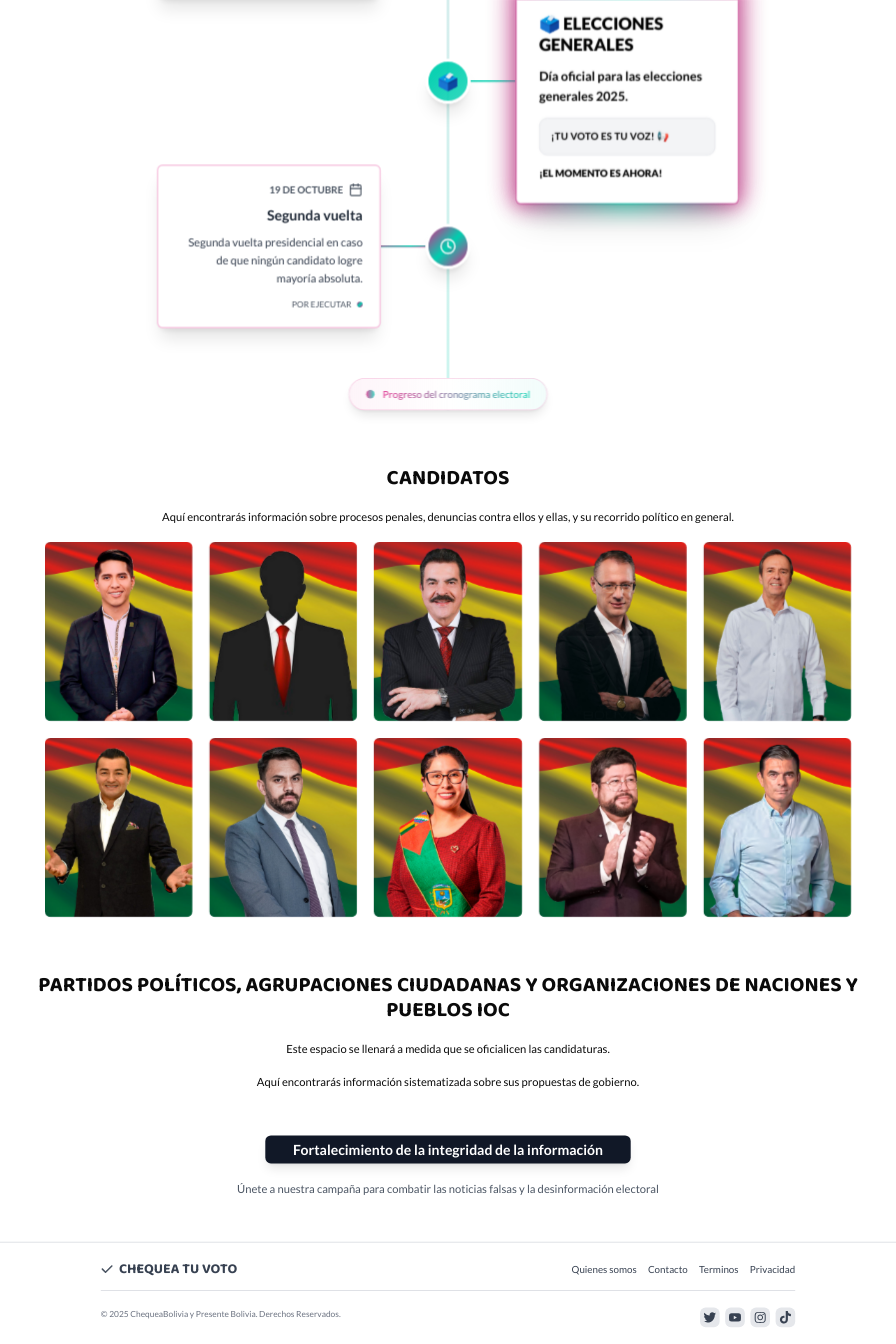
Repository: Roberto8695/chequeatuvoto-v2
Page: /
An editor plug-in stored every save of this project. The page is shown before and after the next save, followed by the edit.
The browser window is 1280 px wide. The pictures show the part of the page from y = 4410 to 6330 px (the page is 6330 px tall before and 6082 px after), at 70% of full size.
The project was rebuilt for these pictures with package versions that can differ from the ones it lists, and the page was loaded fresh each time. Some packages were replaced by stand-ins written for this rebuild. The framework's server and built-in components were replaced by stand-ins that run in the browser. Also part of the build but not shown: next.config.ts.

Above is the page before, as saved 2025-07-02 14:56:08.

### src/app/layout.tsx
import type { Metadata } from "next";
import { Lato, Baloo_2 } from "next/font/google";
import "./globals.css";
import { Footer } from "./components/footer"; // Ensure correct import path
import { Navbar } from "./components/navbar"; // Ensure correct import path
import Script from "next/script";

const lato = Lato({
  variable: "--font-primary",
  subsets: ["latin"],
  weight: ["300", "400", "700", "900"],
});

const baloo = Baloo_2({
  variable: "--font-secondary",
  subsets: ["latin"],
  weight: ["400", "500", "700"],
});

export const metadata: Metadata = {
  title: "Chequea tu voto",
  description: "Página dedicada a ayudar a la población boliviana a verificar su voto",
  icons: {
    icon: [
      { url: "/logo3.svg", type: "image/svg+xml" },
      { url: "/icon.svg", type: "image/svg+xml" },
    ],
    shortcut: "/logo3.svg",
    apple: "/logo3.svg",
  },
};

export default function RootLayout({
  children,
}: Readonly<{
  children: React.ReactNode;
}>) {
  return (
    <html lang="en">
<body className={`${lato.variable} ${baloo.variable} antialiased`}>
  {/* Google Analytics */}
  <Script
    strategy="afterInteractive"
    src={`https://www.googletagmanager.com/gtag/js?id=G-XXXXXXXXXX`} // Replace with your ID
  />
  <Script
    id="ga-init"
    strategy="afterInteractive"
    dangerouslySetInnerHTML={{
      __html: `
        window.dataLayer = window.dataLayer || [];
        function gtag(){dataLayer.push(arguments);}
        gtag('js', new Date());
        gtag('config', 'G-JVEVFC0HKC', {
          page_path: window.location.pathname,
        });
      `,
    }}
  />

  <div className="flex flex-col min-h-screen">
    <Navbar />
    <main className="flex-1">{children}</main>
    <Footer />
  </div>
</body>

    </html>
  );
}

### src/app/page.tsx
"use client";

import type React from "react";

import { useState, useEffect } from "react";
import {
  Vote,
  History,
  UserCheck,
  FileCheck,
} from "lucide-react";
import { Button } from "@/components/ui/button";
import { CardCandidatos } from "./components/card-candidatos";
import HeroSection from "@/components/ui/hero-section";
import FeaturesGrid from "@/components/ui/features-grid";
import AnimatedTimeline from "@/components/ui/animated-timeline";
import LoadingScreen from "@/components/ui/loading-screen";

const features = [
  {
    name: "¿Sé para qué son estas elecciones? ¿Entiendo la importancia de mi voto?",
    description:
      "Este 2025 elegiremos al Presidente, Vicepresidente y representantes de la Asamblea Legislativa Plurinacional.",
    moreInfo:
      "En 2025 no solo elegiremos al próximo Presidente y Vicepresidente de Bolivia. También decidiremos quiénes nos representarán en la Asamblea Legislativa Plurinacional. Serán 130 diputadas y diputados y 36 senadoras y senadores que tendrán en sus manos la creación, modificación y aprobación de leyes que afectarán directamente nuestra vida cotidiana. Los candidatos varían según tu departamento y tu provincia. Cada voto cuenta y es importante, porque durante los próximos cinco años, estas autoridades influirán en decisiones clave sobre nuestra economía, salud, educación, seguridad y justicia.",

    risks: [
      "Pienso que la política no me afecta y por eso no es importante informarse.",
      "Voto porque es obligatorio y para poder hacer transacciones bancarias.",
      "Pienso a menudo que mi voto no hará la diferencia.",
      "Pienso que tengo que votar por alguien que solo solucione lo urgente.",
    ],
    myrisk: [
      "El OEP no brinda información digerible ni en medios de comunicación abiertos.",
    ],
    icon: Vote,
    image: "/imagenes2/IMAGENES PAGINA WEB/bg-1.jpg",
    color: "bg-blue-50",
  },
  {
    name: "¿Conozco a TODOS los binomios presidenciales? ¿Conozco sus historiales políticos?",
    description:
      "Es imprescindible conocer a todos los candidatos y sus historiales políticos.",
    moreInfo:
      "Muchos candidatos y candidatas tienen un pasado que no necesariamente los define actualmente, sin embargo, si nos puede dar ciertas luces del comportamiento político. Algunos han pasado de partido en partido según su conveniencia o interés, otros han sido procesados o están siendo procesados penalmente, otros han creado grandes fortunas a través de ilícitos. Saber esta información nos puede ayudar a tener una idea de si lo que prometen tiene coherencia con lo que hacen, hicieron o harán y su discurso de cara a la gente.",

    risks: [
      "Solo conozco a uno o algunos candidatos.",
      "Usé solo un medio para informarme.",
      "Algún candidato tiene procesos por corrupción o malversación.",
      "Ha cambiado de partido de manera oportunista.",
    ],
    myrisk: [
      "Algún miembro del binomio tiene un proceso o más en su contra por corrupción, malversación de fondos, violencia o nepotismo.",
      "Algún miembro del binomio ha cambiado de partido o postura de manera oportunista durante su carrera política.",
    ],
    icon: History,
    image: "/imagenes2/IMAGENES PAGINA WEB/candidatos-bg.png",
    color: "bg-amber-50",
  },
  {
    name: "¿Las propuestas de los candidatos son realistas y están bien fundamentadas?",
    description:
      "Es importante saber si las propuestas son factibles y tienen fundamentos sólidos.",
    moreInfo:
      "Una ciudadanía informada fortalece la democracia. Muchas veces votamos por intuición o 'al tink'azo', pero es clave ir más allá: entender qué se propone y, sobre todo, cómo se piensa lograr. Analizar la lógica y viabilidad de las propuestas ayuda a imaginar cómo gobernarían en temas como trabajo, salud, educación, justicia y seguridad. Más allá de la propaganda, vale la pena evaluar perfiles, antecedentes y planes concretos.",
    risks: [
      "Me informo de las propuestas solo en redes sociales y de solo contenido que me hace sentir cómodo o cómoda. ",
    ],
    myrisk: [
      "Todas sus propuestas están dirigidas a atender solo temas urgentes.",
      "Sus propuestas son sumamente densas y tienen contradicciones importantes. ",
      "Su discurso está basado principalmente en el ataque a otro candidato, partido, ideología o gestión gubernamental.",
    ],
    icon: FileCheck,
    image: "/imagenes2/IMAGENES PAGINA WEB/bg-3.webp",
    color: "bg-purple-50",
  },
  {
    name: "¿Conozco a los candidatos a parlamentarios que representarán mi departamento y provincia?",
    moreInfo:
      "Los parlamentarios que son los miembros de la Asamblea Legislativa Plurinacional, o sea diputados y senadores son usualmente líderes más o menos cercanos a nosotros. Es fundamental intentar indagar en su historial político, informarse no solo con propaganda creada por ellos mismos. ",
    description:
      "Es clave investigar sus antecedentes y evitar votar solo por propaganda.",
    risks: [
      "No saber quien es el representante parlamentario de mi circunscripcion.",
    ],
    myrisk: [
      "Nunca se involucró en temas políticos o sociales antes en tu localidad, ciudad o región y da la impresión que está buscando solo una pega o trabajo.",
      "Cuando hablan en prensa o cualquier otro medio solo repiten el mismo discurso que el Presidente o Vicepresidente de su partido o alianza política. ",
      "Solo existe información suya en forma de propaganda política.",
    ],
    icon: UserCheck,
    image: "/imagenes2/IMAGENES PAGINA WEB/parlamentario.png",
    color: "bg-green-50",
  },
];

const timelineEvents = [
  {
    date: "3 de abril",
    title: "Convocatoria a Elecciones Generales",
    description:
      "Convocatoria realizada por el Tribunal Supremo Electoral para las elecciones generales de 2025.",
    detailsUrl: "https://www.oep.org.bo/wp-content/uploads/2025/04/RESOLUCION_202-2025.pdf"
  },
  {
    date: "18 de abril al 7 de mayo",
    title: "Empadronamiento biométrico masivo",
    description:
      "Periodo en el que los ciudadanos pueden registrarse en el padrón electoral biométrico.",
    detailsUrl: "https://fuentedirecta.oep.org.bo/noticia/empadronamiento-masivo-durante-20-dias-se-realizaron-mas-de-178-mil-nuevos-registros-en-todo-el-pais/"
  },
  {
    date: "18 de abril",
    title: "Último día para registro de alianzas",
    description:
      "Fecha límite para que las alianzas políticas soliciten su registro ante el TSE.",
    detailsUrl: "https://www.facebook.com/share/p/1AaGnewSZe/"
  },
  {
    date: "9 al 19 de mayo",
    title: "Presentación del programa de gobierno",
    description:
      "Periodo para que partidos y alianzas presenten su programa ante el Tribunal Supremo Electoral.",
    detailsUrl: "https://www.oep.org.bo/elecciones-generales-2025/nacional-2025/"
  },
  {
    date: "14 al 19 de mayo",
    title: "Inscripción de candidaturas",
    description:
      "Inscripción oficial de candidaturas y entrega de documentos habilitantes ante el TSE.",
    detailsUrl: "https://www.oep.org.bo/elecciones-generales-2025/nacional-2025/"
  },
  {
    date: "19 de mayo",
    title: "Publicación de lista de entidades habilitadas para estudios de opinión",
    description:
      "Publicación de lista de empresas especializadas de opinión pública, medios de comunicación, instituciones académicas y cualquier otra entidad habilitada por el Tribunal Supremo Electoral o los Tribunales Electorales Departamentales para realizar estudios de opinión en materia electoral..",
    detailsUrl: "https://www.oep.org.bo/wp-content/uploads/2025/05/08-05-2025-Actividad-16_97.pdf"
  },
  {
    date: "25 de mayo",
    title: "Publicación de programas de gobierno",
    description:
      "Los programas presentados se publican en los portales del TSE y TEDs.",
    detailsUrl: "https://www.oep.org.bo/elecciones-generales-2025/nacional-2025/"
  },
  {
    date: "6 de junio",
    title: "Publicación de candidaturas habilitadas",
    description: "El TSE publica la lista oficial de candidaturas habilitadas.",
    detailsUrl: "https://www.oep.org.bo/elecciones-generales-2025/nacional-2025/"
  },
  {
    date: "13 de julio",
    title: "Publicación de candidaturas con sustitución",
    description: "El TSE publica las candidaturas modificadas por renuncia.",
  },
  {
    date: "17 de agosto",
    title: "Elecciones generales",
    description: "Día oficial para las elecciones generales 2025.",
  },
  {
    date: "19 de octubre",
    title: "Segunda vuelta",
    description:
      "Segunda vuelta presidencial en caso de que ningún candidato logre mayoría absoluta.",
  },
];

export default function Home() {
  const [isLoading, setIsLoading] = useState(true);

  // Precargar componentes en el fondo durante el loading
  useEffect(() => {
    // Simular precarga de componentes pesados
    const preloadComponents = async () => {
      // Dar tiempo para que React monte los componentes en el fondo
      await new Promise(resolve => setTimeout(resolve, 100));
    };

    preloadComponents();
  }, []);

  const handleLoadingComplete = () => {
    setIsLoading(false);
  };

  return (
    <>
      {/* Precargar componentes en el fondo mientras se muestra el loading */}
      {isLoading && (
        <div style={{ position: 'absolute', left: '-9999px', top: '-9999px', visibility: 'hidden' }}>
          <HeroSection />
          <div className="max-w-screen-xl mx-auto">
            <FeaturesGrid features={features} />
            <AnimatedTimeline events={timelineEvents} />
          </div>
        </div>
      )}

      {/* Loading Screen */}
      {isLoading && <LoadingScreen onLoadingComplete={handleLoadingComplete} />}

      {/* Contenido principal */}
      {!isLoading && (
        <>
          {/* Hero Section */}
          <HeroSection />

          <main className="py-16 px-4 sm:px-8">
            <div className="max-w-screen-xl mx-auto">
              {/* Features Grid Section */}
              <div className="mt-16">
                <FeaturesGrid features={features} />
              </div>


              <div id="timeline" className="mt-32 sm:mt-20">
                <AnimatedTimeline events={timelineEvents} />
              </div>

              <div id="parties" className="mt-16 sm:mt-20">
                <h2 className="text-3xl font-bold mb-6 text-center font-round">
                  CANDIDATOS
                </h2>

                <h3 className="text-base mb-6 text-center">
                  Aquí encontrarás información sobre procesos penales, denuncias
                  contra ellos y ellas, y su recorrido político en general.
                </h3>
                <CardCandidatos/>
              </div>

              <div id="parties" className="mt-16 sm:mt-20">
                <h2 className="text-3xl font-bold mb-6 text-center font-round">
                  PARTIDOS POLÍTICOS, AGRUPACIONES CIUDADANAS Y ORGANIZACIONES DE
                  NACIONES Y PUEBLOS IOC
                </h2>
                <h3 className="text-base mb-6 text-center">
                  Este espacio se llenará a medida que se oficialicen las
                  candidaturas.
                </h3>
                <h3 className="text-base mb-6 text-center">
                  Aquí encontrarás información sistematizada sobre sus propuestas de
                  gobierno.
                </h3>
              </div>

              <div className="mt-16 text-center">
                <Button
                  className="bg-gray-900 hover:bg-gray-950 text-white font-bold py-3 px-6 sm:py-4 sm:px-10 rounded-lg shadow-lg transform transition-transform hover:scale-105 text-base sm:text-xl w-full sm:w-auto"
                  onClick={() =>
                    window.open(" https://chequeabolivia.bo/ ", "_blank")
                  }
                >
                  Fortalecimiento de la integridad de la información
                </Button>
                <p className="mt-6 text-base text-gray-600">
                  Únete a nuestra campaña para combatir las noticias falsas y la
                  desinformación electoral
                </p>
              </div>
            </div>
          </main>
        </>
      )}
    </>
  );
}

### src/components/ui/button.tsx
import * as React from "react"
import { Slot } from "@radix-ui/react-slot"
import { cva, type VariantProps } from "class-variance-authority"

import { cn } from "@/lib/utils"

const buttonVariants = cva(
  "inline-flex items-center justify-center gap-2 whitespace-nowrap rounded-md text-sm font-medium ring-offset-background transition-colors focus-visible:outline-none focus-visible:ring-2 focus-visible:ring-ring focus-visible:ring-offset-2 disabled:pointer-events-none disabled:opacity-50 [&_svg]:pointer-events-none [&_svg]:size-4 [&_svg]:shrink-0",
  {
    variants: {
      variant: {
        default: "bg-primary text-primary-foreground hover:bg-primary/90",
        destructive:
          "bg-destructive text-destructive-foreground hover:bg-destructive/90",
        outline:
          "border border-input bg-background hover:bg-accent hover:text-accent-foreground",
        secondary:
          "bg-secondary text-secondary-foreground hover:bg-secondary/80",
        ghost: "hover:bg-accent hover:text-accent-foreground",
        link: "text-primary underline-offset-4 hover:underline",
      },
      size: {
        default: "h-10 px-4 py-2",
        sm: "h-9 rounded-md px-3",
        lg: "h-11 rounded-md px-8",
        icon: "h-10 w-10",
      },
    },
    defaultVariants: {
      variant: "default",
      size: "default",
    },
  }
)

export interface ButtonProps
  extends React.ButtonHTMLAttributes<HTMLButtonElement>,
    VariantProps<typeof buttonVariants> {
  asChild?: boolean
}

const Button = React.forwardRef<HTMLButtonElement, ButtonProps>(
  ({ className, variant, size, asChild = false, ...props }, ref) => {
    const Comp = asChild ? Slot : "button"
    return (
      <Comp
        className={cn(buttonVariants({ variant, size, className }))}
        ref={ref}
        {...props}
      />
    )
  }
)
Button.displayName = "Button"

export { Button, buttonVariants }

### src/app/components/card-candidatos.tsx
import { FocusCards } from "@/components/ui/focus-cards";

export function CardCandidatos() {
  const cards = [
    {
      title: "Andrónico Rodríguez",
      team: "ALIANZA POPULAR",
      src: "/imagenes2/IMAGENES PAGINA WEB/andronico.jpg",
      slug: "alianza-popular",
    },
    {
      title: "A confirmar",
      team: "ADN",
      src: "/imagenes2/IMAGENES PAGINA WEB/proximamente-extra.jpg",
      slug: "adn",
    },
    {
      title: "Manfred Reyes Villa",
      team: "APB-SUMATE",
      src: "/imagenes2/IMAGENES PAGINA WEB/Manfred.jpg",
      slug: "apb-sumate",
    },
    {
      title: "Jaime Dunn",
      team: "NGP",
      src: "/imagenes2/IMAGENES PAGINA WEB/jaime-dunn.jpg",
      slug: "ngp",
    },
    {
      title: "Jorge Tuto Quiroga",
      team: "FRI",
      src: "/imagenes2/IMAGENES PAGINA WEB/tutito.jpg",
      slug: "fri",
    },
    {
      title: "Jhonny Fernández",
      team: "FP",
      src: "/imagenes2/IMAGENES PAGINA WEB/jhonny-fernandez.jpg",
      slug: "fp",
    },
    {
      title: "Eduardo Del Castillo",
      team: "MAS-IPSP",
      src: "/imagenes2/IMAGENES PAGINA WEB/eduardo-del-castillo.jpg",
      slug: "mas-ipsp",
    },
    {
      title: "Eva Copa",
      team: "MORENA",
      src: "/imagenes2/IMAGENES PAGINA WEB/eva-copa.jpg",
      slug: "morena",
    },
     {
      title: "Samuel Doria Medina",
      team: "UN",
      src: "/imagenes2/IMAGENES PAGINA WEB/samuel-doria-medina.jpg",
      slug: "un",
    },
    {
      title: "Rodrigo Paz Pereira",
      team: "PDC",
      src: "/imagenes2/IMAGENES PAGINA WEB/rodrigo-paz.jpg",
      slug: "pdc",
    },



  ];

  return <FocusCards cards={cards} />;
}

### src/components/ui/hero-section.tsx
"use client"

import ElectionCountdown from "@/components/ui/countdown"


export default function HeroSection() {
  return (
    <section className="relative min-h-screen bg-gradient-to-br from-[#de2488]/5 via-white to-[#00cfaf]/5 overflow-hidden">
      {/* Elementos decorativos de fondo */}
      <div className="absolute inset-0 overflow-hidden">
        {/* Formas geométricas con los nuevos colores */}
        <div className="absolute top-20 left-10 w-32 h-32 bg-[#de2488]/10 rounded-full animate-pulse"></div>
        <div className="absolute top-40 right-20 w-24 h-24 bg-[#00cfaf]/15 rotate-45 animate-bounce"></div>
        <div className="absolute bottom-32 left-20 w-28 h-28 bg-[#de2488]/10 rounded-lg animate-pulse"></div>
        <div className="absolute bottom-20 right-10 w-20 h-20 bg-[#00cfaf]/10 rotate-12 animate-bounce"></div>

        {/* Líneas decorativas con los nuevos colores */}
        <div className="absolute top-0 left-1/4 w-1 h-full bg-gradient-to-b from-[#de2488]/30 via-[#00cfaf]/20 to-[#de2488]/30 animate-pulse"></div>
        <div className="absolute top-0 right-1/3 w-1 h-full bg-gradient-to-b from-[#00cfaf]/30 via-[#de2488]/20 to-[#00cfaf]/30 animate-pulse"></div>

        {/* Círculos adicionales para más dinamismo */}
        <div className="absolute top-1/3 left-1/2 w-40 h-40 bg-gradient-to-r from-[#de2488]/5 to-[#00cfaf]/5 rounded-full animate-pulse transform -translate-x-1/2"></div>
        <div className="absolute bottom-1/4 right-1/4 w-24 h-24 bg-[#de2488]/8 rounded-full animate-bounce"></div>
      </div>

      <div className="relative z-10 max-w-7xl mx-auto px-4 sm:px-6 lg:px-8 py-12">        {/* Header con texto principal centrado */}
        <div className="text-center mb-16">
          <div className="flex flex-col items-center justify-center">
            <h1 className="text-4xl sm:text-5xl lg:text-6xl font-bold font-round mb-8 text-black leading-tight">
              TE AYUDAMOS A VOTAR INFORMADO
            </h1>

            {/* Countdown integrado debajo del texto */}
            <div className="flex justify-center">
              <ElectionCountdown />
            </div>
          </div>
        </div>


      </div>
    </section>
  )
}

### src/components/ui/card.tsx
import * as React from "react"

import { cn } from "@/lib/utils"

const Card = React.forwardRef<
  HTMLDivElement,
  React.HTMLAttributes<HTMLDivElement>
>(({ className, ...props }, ref) => (
  <div
    ref={ref}
    className={cn(
      "rounded-lg border bg-card text-card-foreground shadow-sm",
      className
    )}
    {...props}
  />
))
Card.displayName = "Card"

const CardHeader = React.forwardRef<
  HTMLDivElement,
  React.HTMLAttributes<HTMLDivElement>
>(({ className, ...props }, ref) => (
  <div
    ref={ref}
    className={cn("flex flex-col space-y-1.5 p-6", className)}
    {...props}
  />
))
CardHeader.displayName = "CardHeader"

const CardTitle = React.forwardRef<
  HTMLDivElement,
  React.HTMLAttributes<HTMLDivElement>
>(({ className, ...props }, ref) => (
  <div
    ref={ref}
    className={cn(
      "text-2xl font-semibold leading-none tracking-tight",
      className
    )}
    {...props}
  />
))
CardTitle.displayName = "CardTitle"

const CardDescription = React.forwardRef<
  HTMLDivElement,
  React.HTMLAttributes<HTMLDivElement>
>(({ className, ...props }, ref) => (
  <div
    ref={ref}
    className={cn("text-sm text-muted-foreground", className)}
    {...props}
  />
))
CardDescription.displayName = "CardDescription"

const CardContent = React.forwardRef<
  HTMLDivElement,
  React.HTMLAttributes<HTMLDivElement>
>(({ className, ...props }, ref) => (
  <div ref={ref} className={cn("p-6 pt-0", className)} {...props} />
))
CardContent.displayName = "CardContent"

const CardFooter = React.forwardRef<
  HTMLDivElement,
  React.HTMLAttributes<HTMLDivElement>
>(({ className, ...props }, ref) => (
  <div
    ref={ref}
    className={cn("flex items-center p-6 pt-0", className)}
    {...props}
  />
))
CardFooter.displayName = "CardFooter"

export { Card, CardHeader, CardFooter, CardTitle, CardDescription, CardContent }

Loaded but not shown: src/lib/utils.ts (common file); src/components/ui/animated-timeline.tsx (533 lines, source omitted); src/components/ui/features-grid.tsx (308 lines, source omitted); src/components/ui/countdown.tsx (183 lines, source omitted); src/app/globals.css (215 lines, source omitted); src/app/components/navbar.tsx (92 lines, source omitted); src/components/ui/focus-cards.tsx (102 lines, source omitted); src/components/ui/loading-screen.tsx (98 lines, source omitted); tailwind.config.ts (96 lines, source omitted); src/app/components/footer.tsx (62 lines, source omitted)

After the next save:
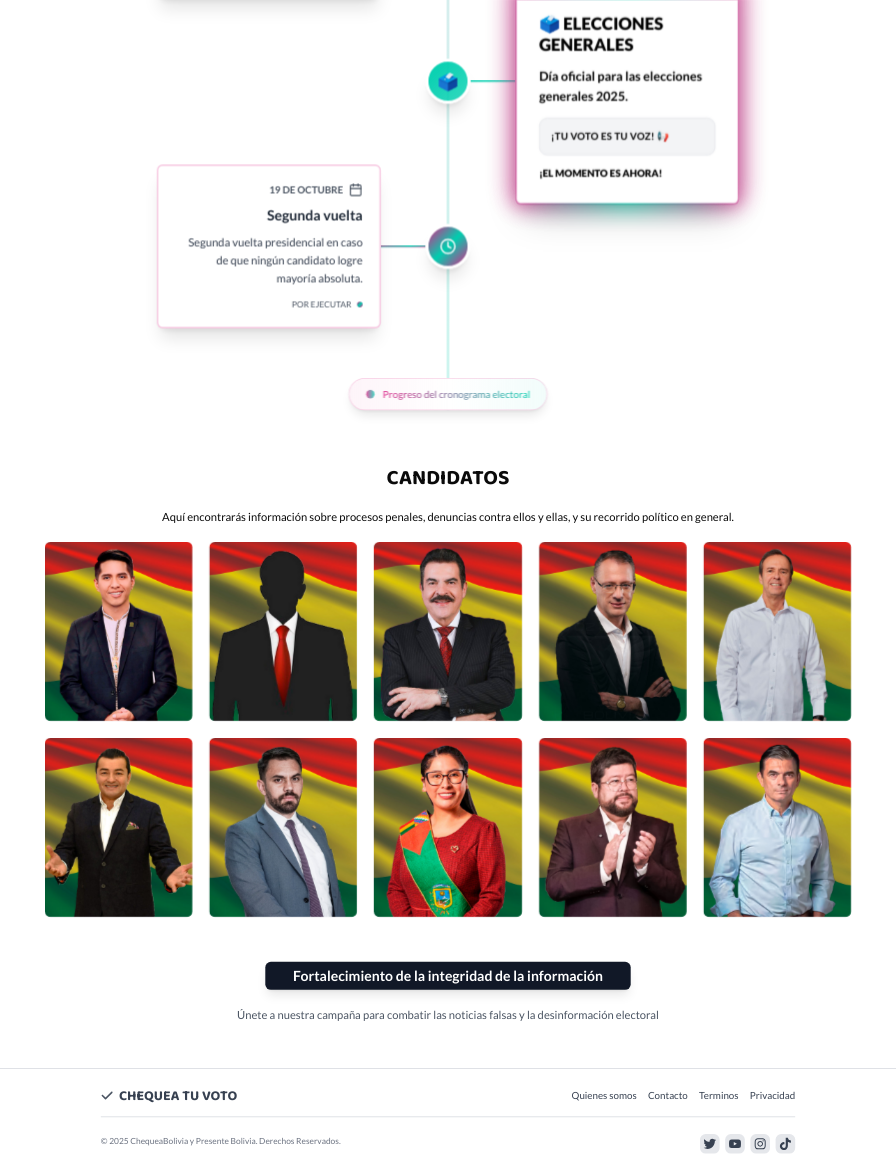
Saved 3 h 4 min later.
--- a/src/app/page.tsx
+++ b/src/app/page.tsx
@@ -234,20 +234,7 @@
                 <CardCandidatos/>
               </div>
 
-              <div id="parties" className="mt-16 sm:mt-20">
-                <h2 className="text-3xl font-bold mb-6 text-center font-round">
-                  PARTIDOS POLÍTICOS, AGRUPACIONES CIUDADANAS Y ORGANIZACIONES DE
-                  NACIONES Y PUEBLOS IOC
-                </h2>
-                <h3 className="text-base mb-6 text-center">
-                  Este espacio se llenará a medida que se oficialicen las
-                  candidaturas.
-                </h3>
-                <h3 className="text-base mb-6 text-center">
-                  Aquí encontrarás información sistematizada sobre sus propuestas de
-                  gobierno.
-                </h3>
-              </div>
+
 
               <div className="mt-16 text-center">
                 <Button
